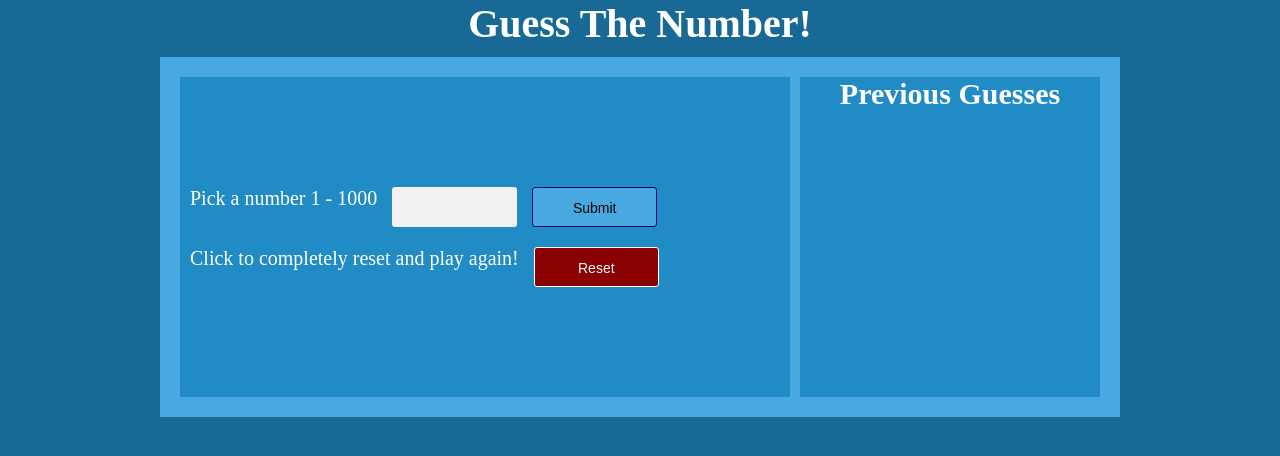
Repository: mlmEFSC21/P14-Guessing-Game
Page: guess.html
These files come from the project's save history. The page is drawn as it stood at one moment and after the next save; the edit follows.
The browser window is 1280 px wide. The pictures show the whole page.

Above is the page before, as saved 2022-03-19 14:40:49.

After the next save:
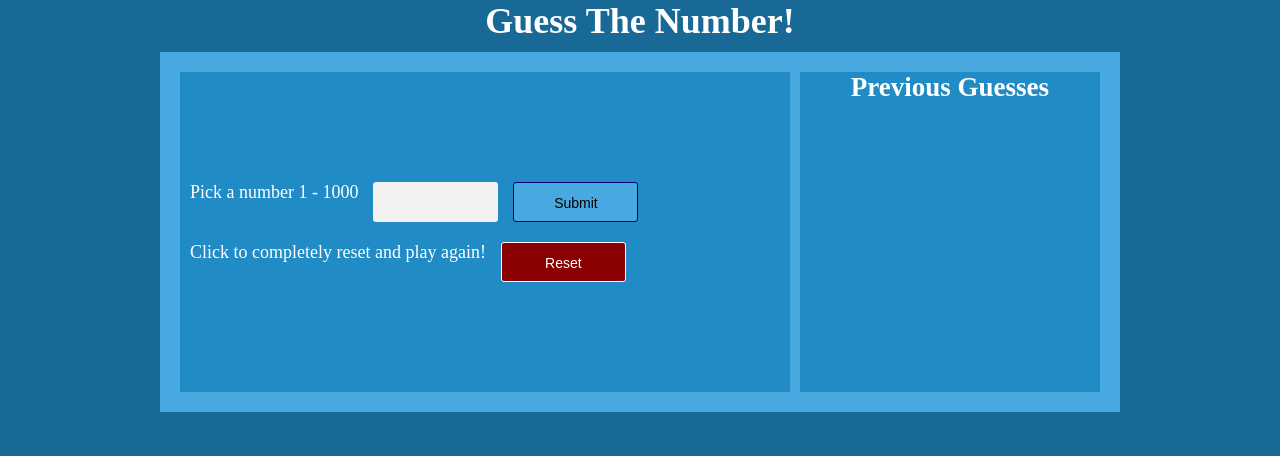
Saved 91 s later.
--- a/guess.css
+++ b/guess.css
@@ -14,7 +14,7 @@
 body {
     background-color: var(--clr-tertiary);
     color: white;
-    font-size: 1.25rem;
+    font-size: 18px;
 }
 .pageTitle {
     text-align: center;

After the save that followed:
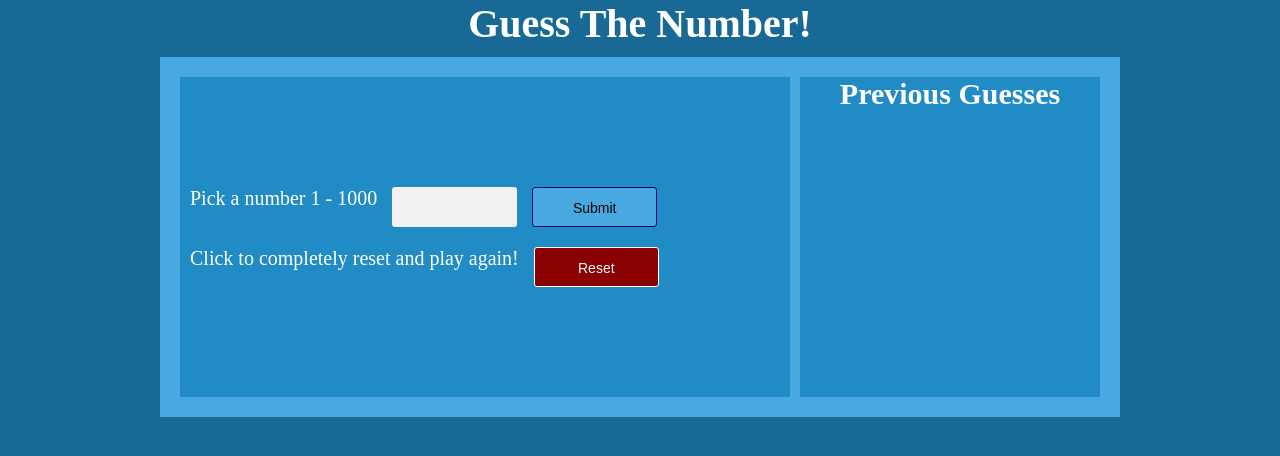
Saved 7 s later.
--- a/guess.css
+++ b/guess.css
@@ -14,7 +14,7 @@
 body {
     background-color: var(--clr-tertiary);
     color: white;
-    font-size: 18px;
+    font-size: 20px;
 }
 .pageTitle {
     text-align: center;
